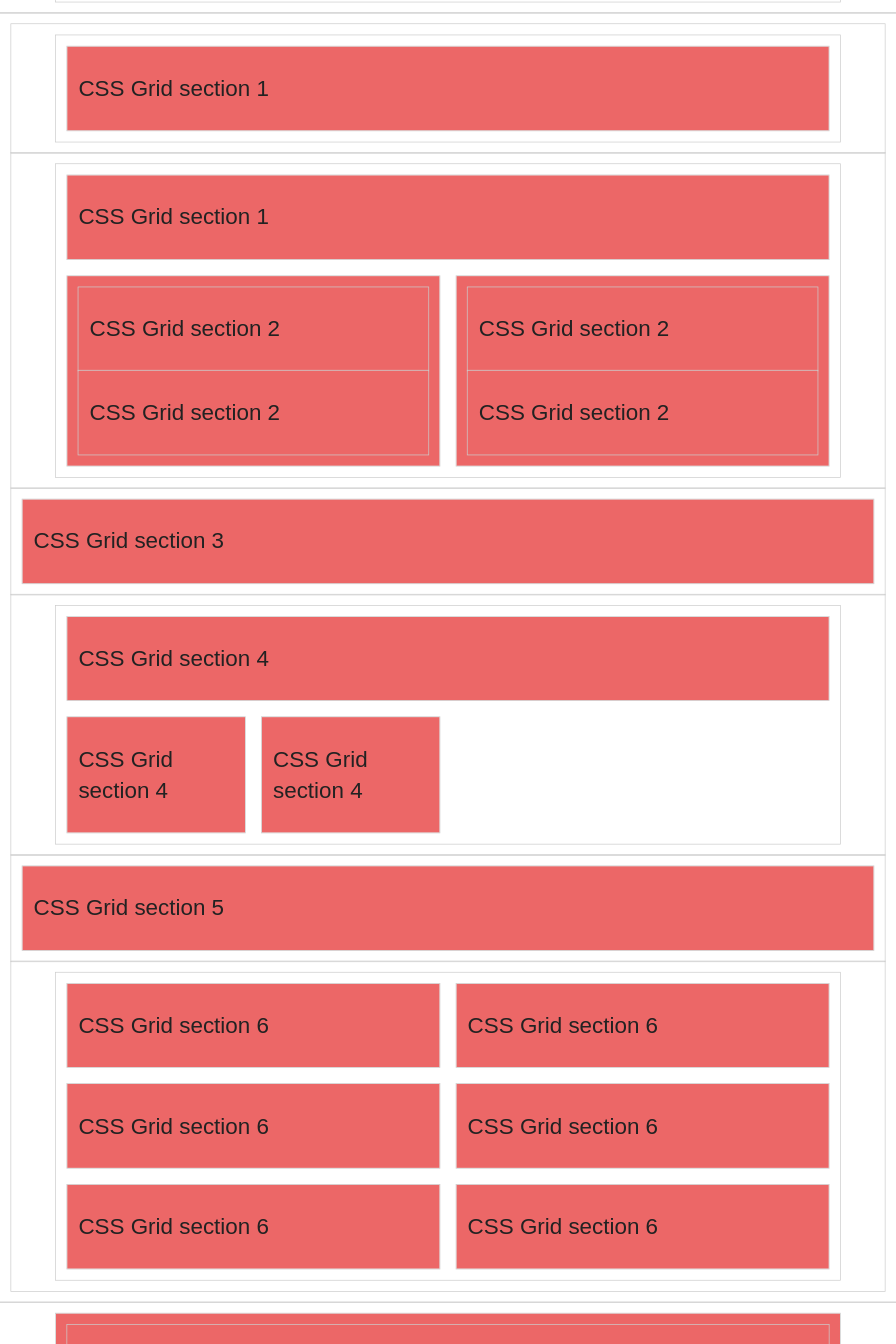
Repository: anoncoderin/madhu_kushal_html_layout
Page: metrosite_week4hw/index.html
An editor plug-in stored every save of this project. The page is shown before and after a run of saves, followed by the edit.
The browser window is 1280 px wide. The pictures show the part of the page from y = 308 to 2228 px (the page is 2816 px tall before and 2824 px after), at 70% of full size.

Above is the page before, as saved 2023-01-28 11:22:24.

After the next 3 saves:
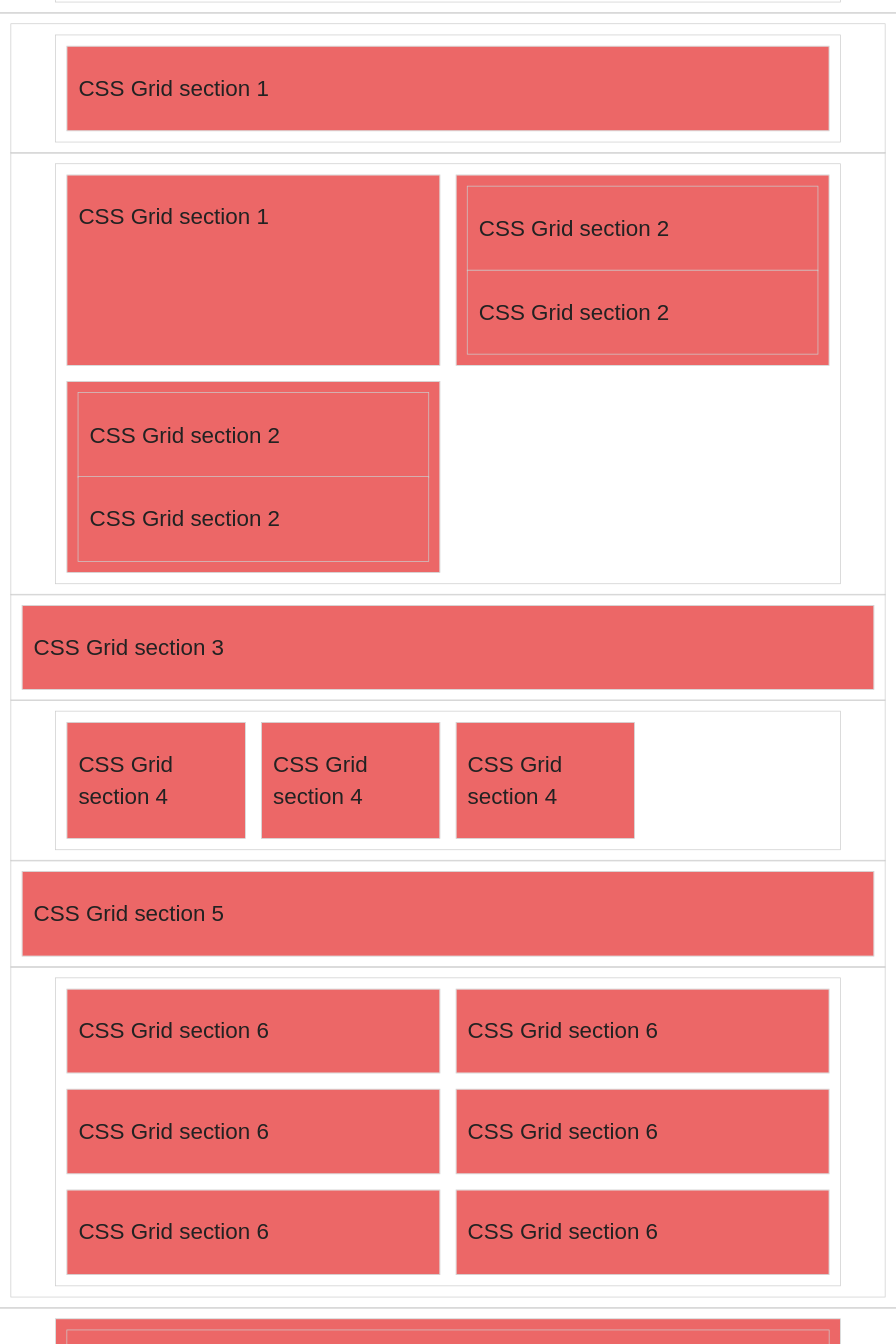
The 3 saves are shown as one change because they came seconds apart.
The last was saved 3 min 27 s later.
--- a/metrosite_week4hw/css/main.css
+++ b/metrosite_week4hw/css/main.css
@@ -100,7 +100,7 @@
 
 
 }
-
+.tab-col-3
 
 .tab-row-span{
   grid-column-start: 1;

After the 3 saves that followed:
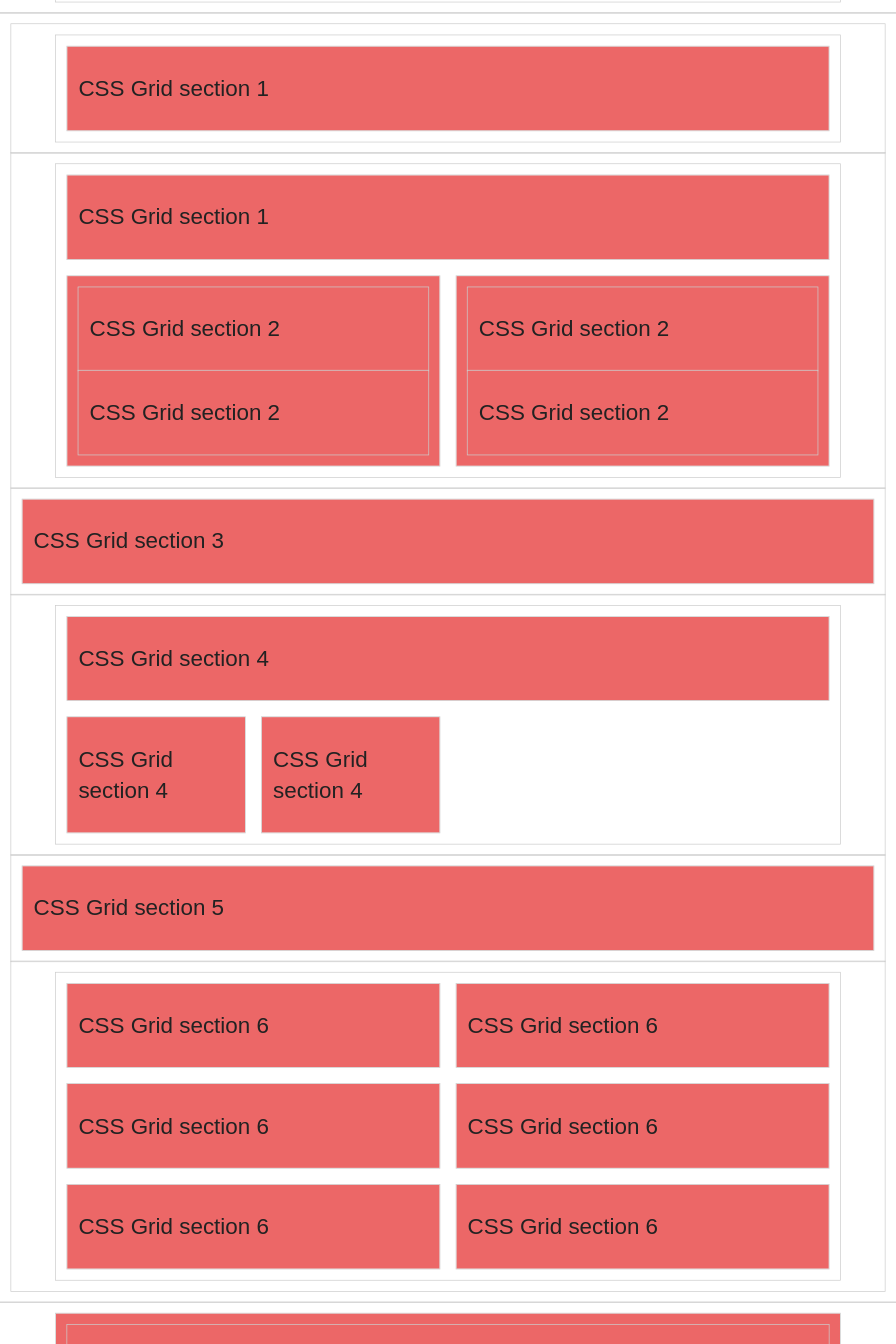
The 3 saves are shown as one change because they came seconds apart.
The last was saved 21 s later.
--- a/metrosite_week4hw/css/main.css
+++ b/metrosite_week4hw/css/main.css
@@ -100,7 +100,9 @@
 
 
 }
-.tab-col-3
+.tab-col-3{
+  grid-template-columns: repeat(3, 1fr);
+}
 
 .tab-row-span{
   grid-column-start: 1;
